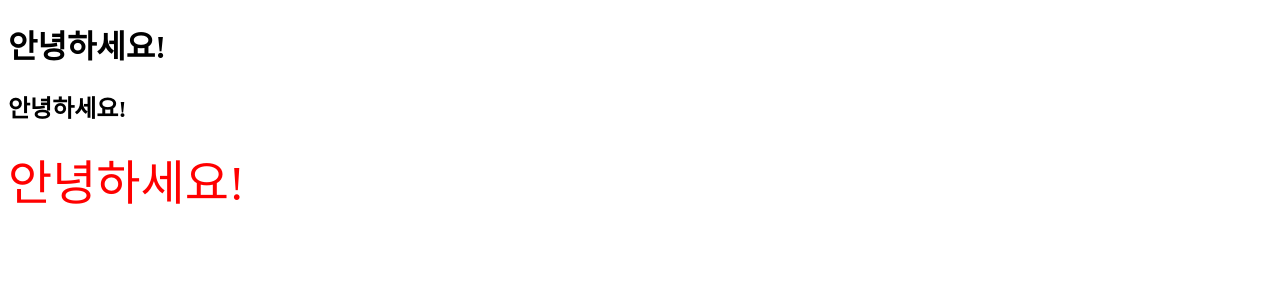
Repository: carminesteel/java
Page: 0403/ex03/WebContent/ex01.html
An editor plug-in stored every save of this project. The page is shown before and after the next save, followed by the edit.
The browser window is 1280 px wide. The pictures show the whole page.

Above is the page before, as saved 2020-04-03 07:38:47.

After the next save:
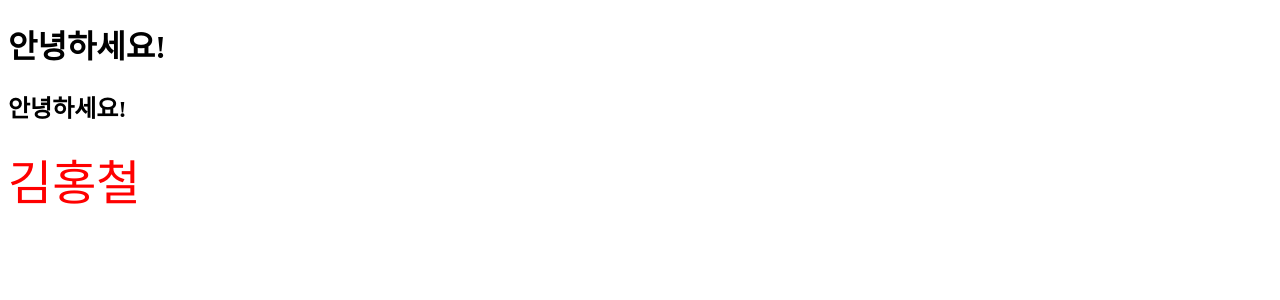
Saved 24 s later.
--- a/0403/ex03/WebContent/ex01.html
+++ b/0403/ex03/WebContent/ex01.html
@@ -7,6 +7,6 @@
 <body>
 	<h1>안녕하세요!</h1>
 	<h2>안녕하세요!</h2>
-	<font color="red" size=30>안녕하세요!</font>
+	<font color="red" size=30>김홍철</font>
 </body>
 </html>
